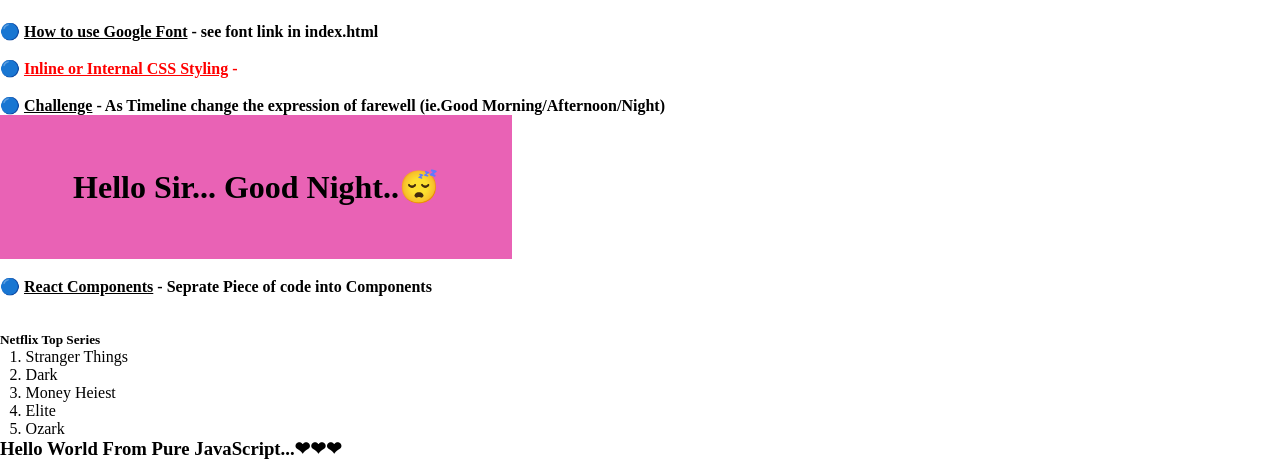
Repository: AalokJadhav/Being_ReactJS
Page: /
The author's editor kept a copy of each file at every save. The page is drawn from the files as they stood at one save, then again after the next save.
The browser window is 1280 px wide. The pictures show the part of the page from y = 620 to 1080 px (the page is 1080 px tall before and 1025 px after).
The project was rebuilt for these pictures with package versions that can differ from the ones it lists, and the page was loaded fresh each time.

Above is the page before, as saved 2021-10-15 17:21:03.

After the next save:
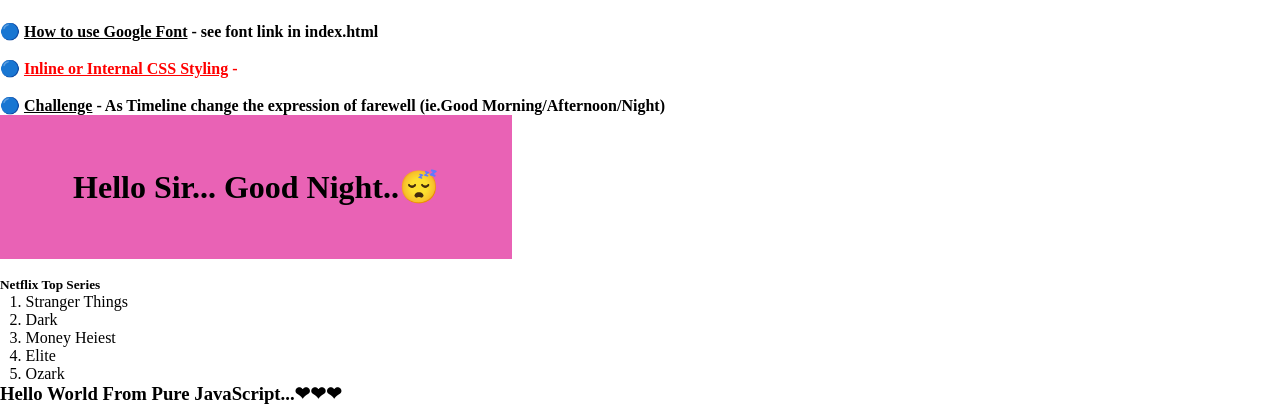
Saved 40 s later.
--- a/src/index.js
+++ b/src/index.js
@@ -68,12 +68,6 @@ ReactDom.render(
       <h1>Hello Sir...<span style={cssStyle}> {greeting}</span></h1>
     </div>
     <br />
-
-    <h4>🔵 <u>React Components</u> - Seprate Piece of code into Components</h4><br />
-    <div className="content">
-
-    </div>
-    <br />
     <App />
   </>,
   document.getElementById('root'));
